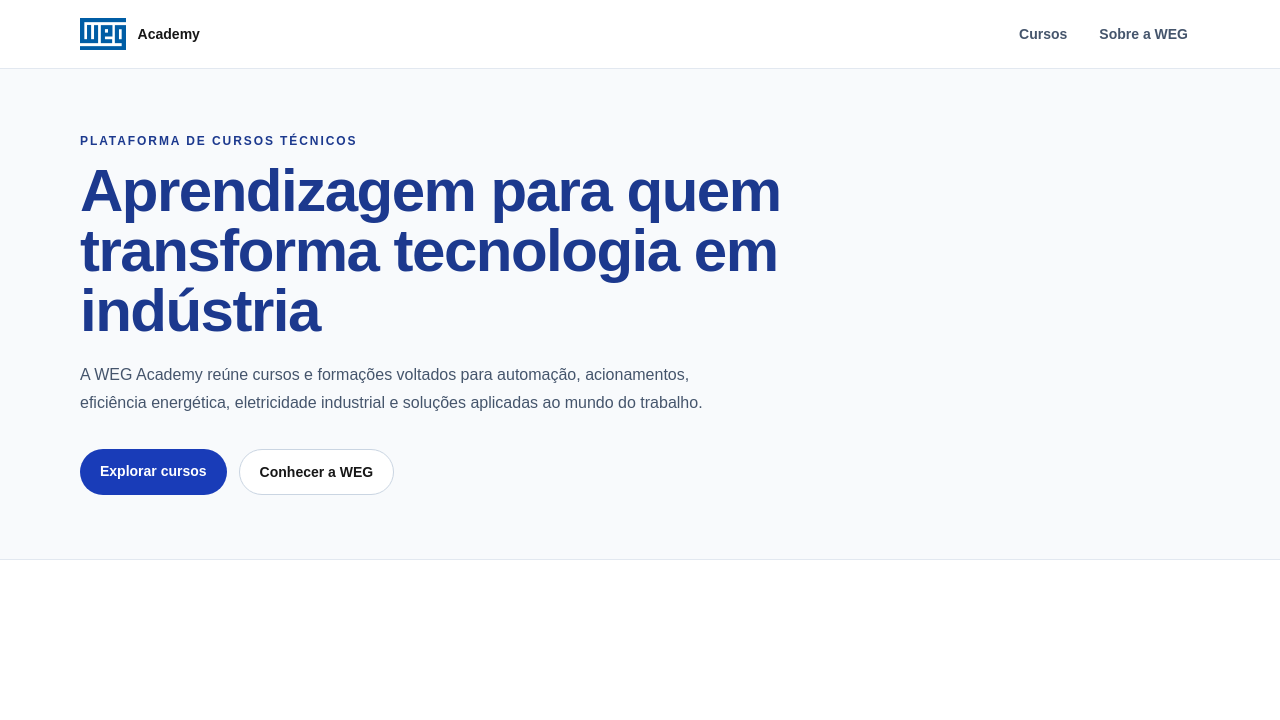
Repository: juniorAntunes910/Prova-Next-Junior_Gabriel_Antunes_de_Souza-Correta
Page: / (app in prova/)
These files come from the project's save history. The page is drawn as it stood at one moment and after a run of saves; the edit follows.
The browser window is 1280 px wide. The pictures show the whole page.
The project was rebuilt for these pictures with package versions that can differ from the ones it lists, and the page was loaded fresh each time. The framework's server and built-in components were replaced by stand-ins that run in the browser. Also part of the build but not shown: prova/next.config.mjs.

Above is the page before, as saved 2026-07-10 07:58:04.

After the next 2 saves:
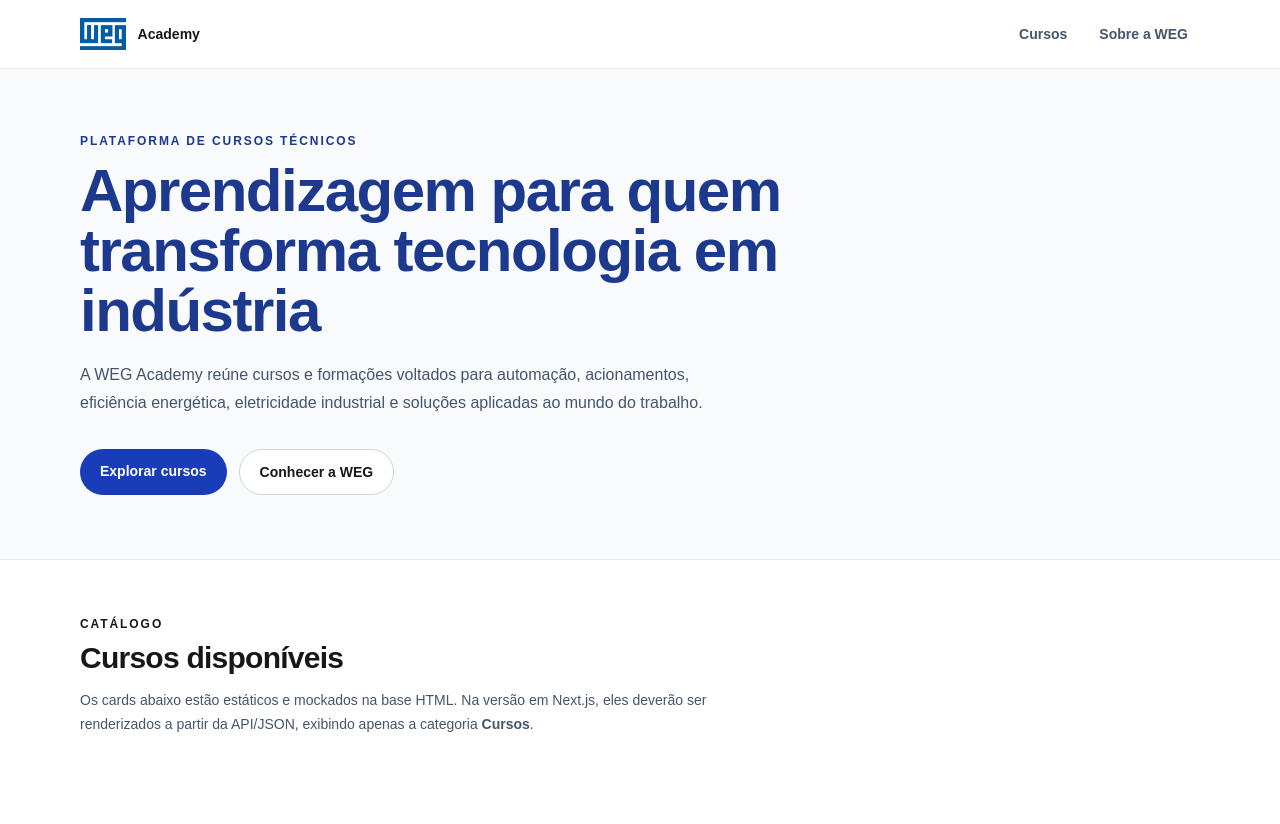
The 2 saves are shown as one change because 1 did not build or start.
The last was saved 39 s later.
--- a/prova/src/app/page.js
+++ b/prova/src/app/page.js
@@ -5,6 +5,21 @@
     <main>
       <Hero />
 
+      <section class="mx-auto max-w-6xl px-4 py-14" id="cursos">
+        <div class="mb-8 max-w-2xl">
+          <p class="mb-2 text-xs font-extrabold uppercase tracking-[0.16em] text-weg-blue">
+            Catálogo
+          </p>
+          <h2 class="text-3xl font-extrabold tracking-tight text-weg-dark">
+            Cursos disponíveis
+          </h2>
+          <p class="mt-3 text-sm leading-6 text-slate-600">
+            Os cards abaixo estão estáticos e mockados na base HTML. Na versão
+            em Next.js, eles deverão ser renderizados a partir da API/JSON,
+            exibindo apenas a categoria <strong>Cursos</strong>.
+          </p>
+        </div>
+      </section>
     </main>
   );
 }
